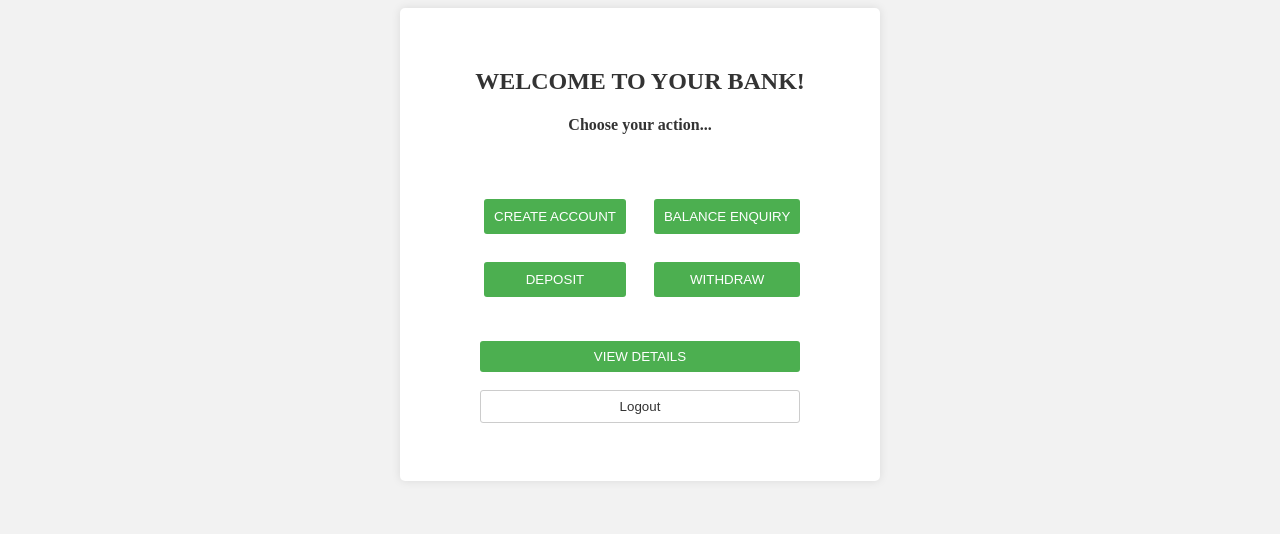
Repository: mansistic-0n3/Java_IGT
Page: Java Project/BankServlet/src/main/webapp/Home.html
The author's editor kept a copy of each file at every save. The page is drawn from the files as they stood at one save, then again after the next save.
The browser window is 1280 px wide. The pictures show the whole page.

Above is the page before, as saved 2023-07-03 05:30:55.

After the next save:
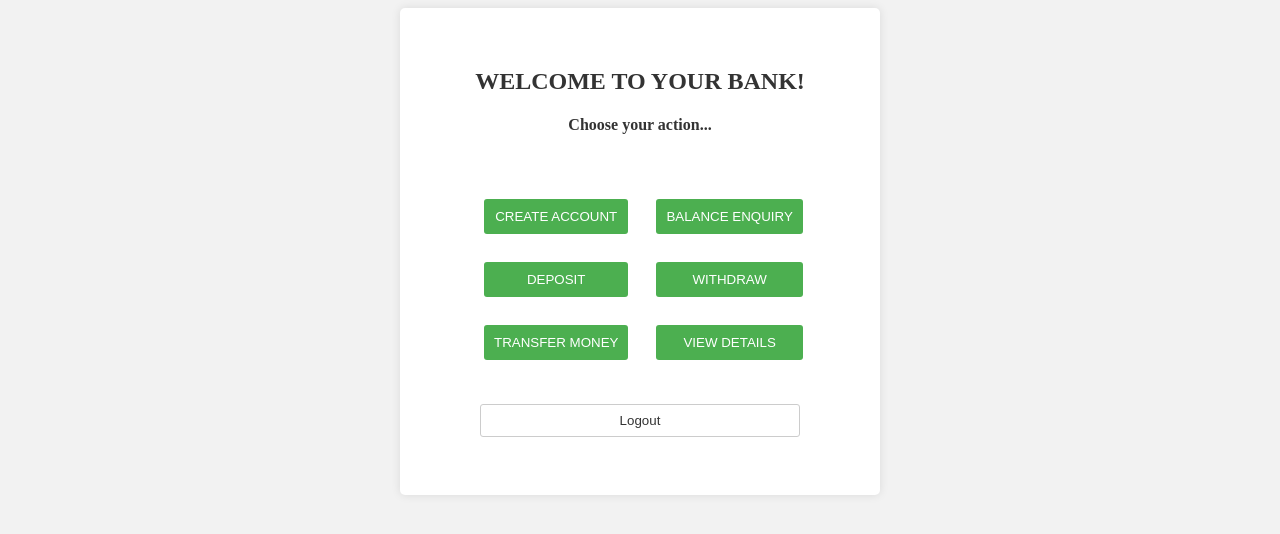
Saved 102 s later.
--- a/Java Project/BankServlet/src/main/webapp/Home.html
+++ b/Java Project/BankServlet/src/main/webapp/Home.html
@@ -20,13 +20,14 @@
     <form action="Withdraw.html"> <div style="text-align: center; padding:4px;">
       <input type="submit" value = "WITHDRAW" style="width: 100%; padding: 10px; border-radius: 3px; border: none; background-color: #4CAF50; color: #ffffff; cursor: pointer;">
     </div></form>
-
+     <form action="transfer.html"> <div style="text-align: center; padding:4px;">
+      <input type="submit" value = "TRANSFER MONEY" style="width: 100%; padding: 10px; border-radius: 3px; border: none; background-color: #4CAF50; color: #ffffff; cursor: pointer;">
+    </div></form>
+    <form action="detail.html"> <div style="text-align: center; padding:4px;">
+      <input type="submit" value = "VIEW DETAILS" style="width: 100%; padding: 10px; border-radius: 3px; border: none; background-color: #4CAF50; color: #ffffff; cursor: pointer;">
+    </div></form>
   </div>
 
-
-      <form action="detail.html">
-        <input type="submit" value="VIEW DETAILS" style="width: 80%; padding: 8px; border-radius: 3px; border: none; background-color: #4CAF50; color: #ffffff; cursor: pointer;">
-      <br><br></form>
       <form action="login.html">
         <input type="submit" value="Logout" style="width: 80%; padding: 8px; border-radius: 3px; border: 1px solid #cccccc; background-color: #ffffff; color: #333333; cursor: pointer;">
       <br><br></form></div>
